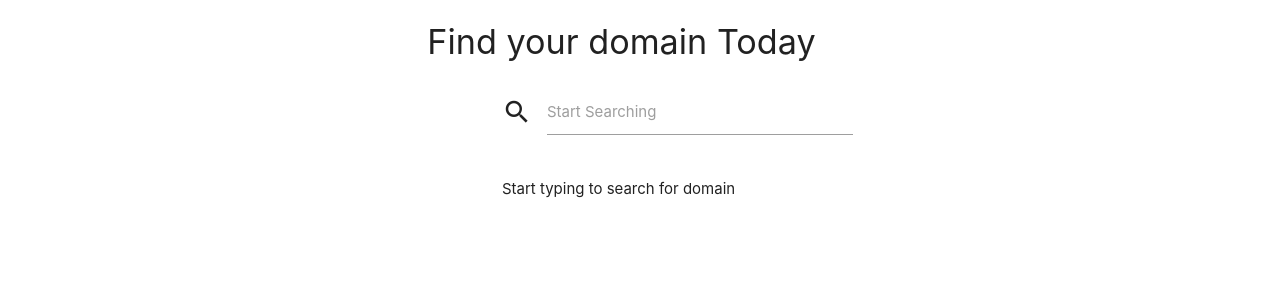
Repository: habib-urrehmaan/domain-name-searcher
Page: / (app in client/)
The author's editor kept a copy of each file at every save. The page is drawn from the files as they stood at one save, then again after the next save.
The browser window is 1280 px wide. The pictures show the whole page.
The project was rebuilt for these pictures with package versions that can differ from the ones it lists, and the page was loaded fresh each time.

Above is the page before, as saved 2020-04-17 18:14:17.

After the next save:
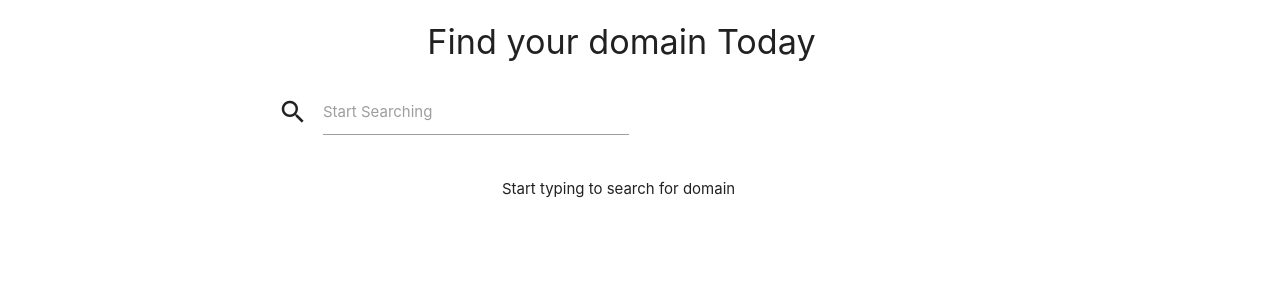
Saved 8 s later.
--- a/client/src/Search.js
+++ b/client/src/Search.js
@@ -31,7 +31,7 @@ class Search extends Component {
                     <div className="col offset-s3">
                         <h4>Find your domain Today</h4>
                     </div>
-                    <div className="input-field col s5 offset-s4">
+                    <div className="input-field col s5 offset-s1">
                         <i className="material-icons prefix">search</i>
                         <input id="search" type="text" className="validate" onChange={this.onChangeHandler}/>
                         <label htmlFor="search">Start Searching</label>
